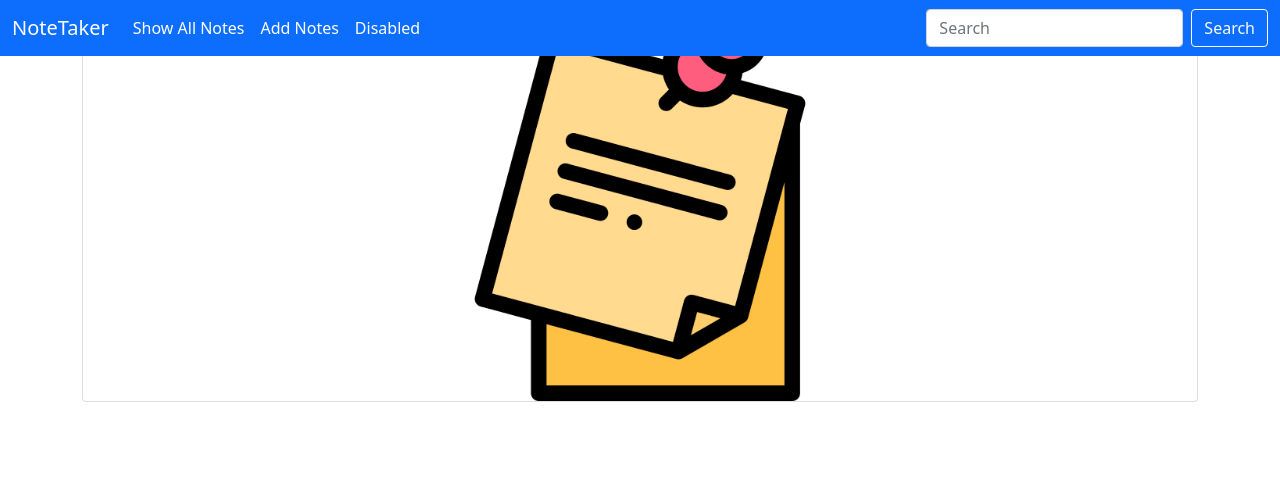
Repository: Shubham-Kumar-cmd/Hibernate
Page: http://localhost/NoteTakerApp/
An editor plug-in stored every save of this project. The page is shown before and after the next save, followed by the edit.
The browser window is 1280 px wide. The pictures show the whole page.
The page is served by Tomcat 9.

Above is the page before, as saved 2023-02-08 08:32:38.

After the next save:
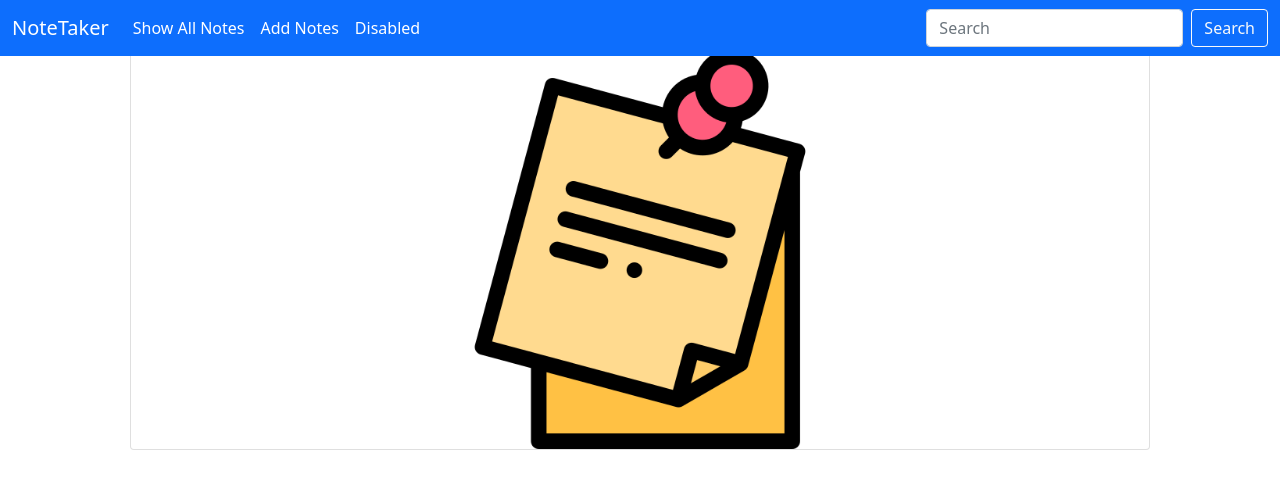
Saved 27 s later.
--- a/NoteTakerApp/src/main/webapp/index.jsp
+++ b/NoteTakerApp/src/main/webapp/index.jsp
@@ -15,7 +15,7 @@
 <body>
 
 	<div class="container mt-10 p-30">
-		<div class="card">
+		<div class="card m-5">
 			<img alt="" src="img/sticky-notes.png" class="img-fluid mx-auto" style="max-width:400px;">
 		</div>
 	</div>

After the save that followed:
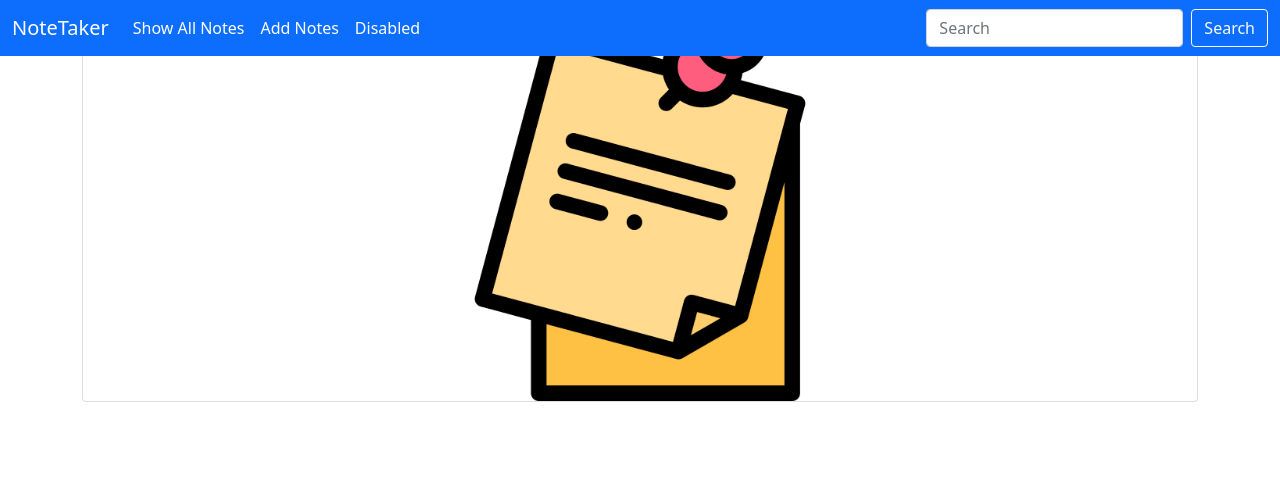
Saved 15 s later.
--- a/NoteTakerApp/src/main/webapp/index.jsp
+++ b/NoteTakerApp/src/main/webapp/index.jsp
@@ -14,8 +14,8 @@
 </head>
 <body>
 
-	<div class="container mt-10 p-30">
-		<div class="card m-5">
+	<div class="container">
+		<div class="card m-10">
 			<img alt="" src="img/sticky-notes.png" class="img-fluid mx-auto" style="max-width:400px;">
 		</div>
 	</div>
